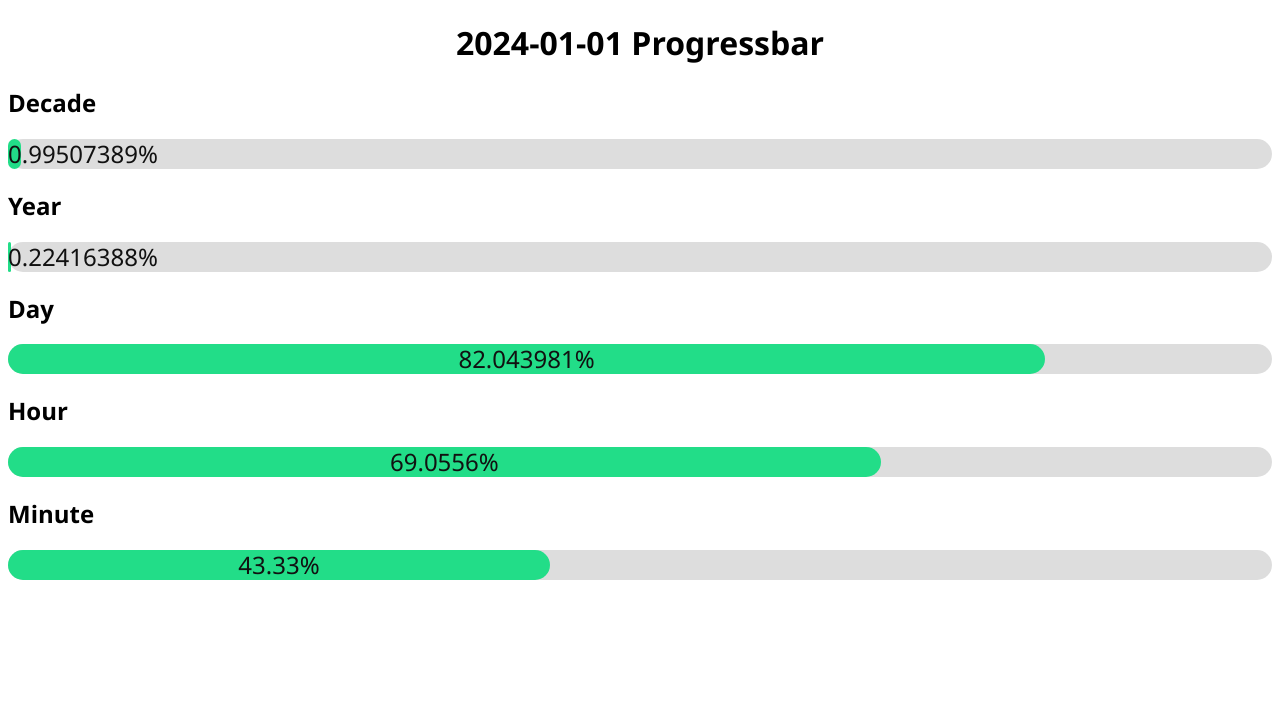
Repository: end888160/end888160.github.io
Page: progress_clock2.html
The author's editor kept a copy of each file at every save. The page is drawn from the files as they stood at one save, then again after the next save.
The browser window is 1280 px wide. The pictures show the whole page.

Above is the page before, as saved 2024-09-22 15:42:40.

### progress_clock2.html
<!DOCTYPE html>
<html>
<style>
	html {
		font-family: 'Segoe UI', Tahoma, Geneva, Verdana, sans-serif;
	}
.countDownProgress {
	width: 100%;
	background-color: #ddd;
	border-radius: 1cm;
}

.countDownBar {
	width: 10%;
	height: 30px;
	background-color: #2d8;
	text-align: center;
	line-height: 30px;
	color: #111;
	border-radius:1cm;
	font-size: x-large;
	transition:ease 0.33s;
	cursor: wait;
}
	@media (prefers-color-scheme: dark) {
		.countDownProgress {
			background-color: #333;
		}
		.countDownBar {
			background-color: #496;
			color: #ddd;

		}
		html {
			color: #ddd;
			background-color: #222;
		}
	}
	@media only screen and (orientation: portrait) {
		.countDownBar {
			height: 50px;
			font-size: xx-large;
			padding-top: 2%;
		}
	}

</style>
<body>

<h1 id="caption" style="text-align: center;"></h1>

<h2>Decade</h2>
<div id="decade" class="countDownProgress">
	<div id="Decade" class="countDownBar"></div>
</div>
<script>
	var i=0
function progress() {
	if (i == 0) {
		i = 1;
		var elem = document.getElementById("Decade");
		var width = 0;
		function frame() {
			var countDownTarget = Math.floor(new Date().getFullYear()/10+1)*10;
			var countDownPast = Math.floor(new Date().getFullYear()/10)*10;

			var empty = countDownPast;
			var full = countDownTarget;

			if (( empty / full ) >= 100) {
				clearInterval(id);
				i = 0;
			} else {
				elem.style.width = ( empty / full ).toFixed(8) + "%";
				elem.innerHTML = ( empty / full ).toFixed(8)  + "%";
			}
		}

	setInterval(frame, 50);
	}

}
function count() {
	progress();
	setTimeout(count, 1)
}
count()
</script>



<h2>Year</h2>
<div id="year" class="countDownProgress">
	<div id="Year" class="countDownBar"></div>
</div>
<script>
	var i=0
function progress() {
	if (i == 0) {
		i = 1;
		var elem = document.getElementById("Year");
		var width = 0;
		function frame() {
			var countDownTarget = new Date().getFullYear() + 1;
			var empty = ( new Date().getTime() - new Date("Jan 1, " + ( countDownTarget - 1) + " 00:00:00"))
			var full = ( new Date("Jan 1, " + countDownTarget + " 00:00:00").getTime() - new Date("Jan 1, " + ( countDownTarget - 1) + " 00:00:00"))/100

			if (( empty / full ) >= 100) {
				clearInterval(id);
				i = 0;
			} else {
				elem.style.width = ( empty / full ).toFixed(8) + "%";
				elem.innerHTML = ( empty / full ).toFixed(8)  + "%";
			}
		}

	setInterval(frame, 50);
	}

}
function count() {
	progress();
	setTimeout(count, 1)
}
count()
</script>


<h2>Day</h2>
<div id="day" class="countDownProgress">
	<div id="Day" class="countDownBar"></div>
</div>
<script>
	var i=0
function progress() {
	if (i == 0) {
		i = 1;
		var elem = document.getElementById("Day");
		var width = 0;
		function frame() {
			var today = new Date();
			var year = today.getFullYear();
			var months = today.getMonth() + 1;
			var days = today.getDate();
			var month = months < 10 ? "0" + months : months;
			var day = days < 10 ? "0" + days : days;


			var empty = (new Date().getHours() * 3600000 + new Date().getMinutes() * 60000 + new Date().getSeconds() * 1000 + new Date().getMilliseconds())
			var full = 864000

			if (( empty / full ) >= 100) {
				clearInterval(id);
				i = 0;
			} else {
				document.getElementById("caption").innerHTML = year + "-" + month + "-" + day + " Progressbar";
				elem.style.width = ( empty / full ).toFixed(6) + "%";
				elem.innerHTML = ( empty / full ).toFixed(6)  + "%";
			}
		}

	setInterval(frame, 50);
	}

}
function count() {
	progress();
	setTimeout(count, 1)
}
count()
</script>


<h2>Hour</h2>
<div id="hour" class="countDownProgress">
	<div id="Hour" class="countDownBar"></div>
</div>
<script>
	var i=0
function progress() {
	if (i == 0) {
		i = 1;
		var elem = document.getElementById("Hour");
		var width = 0;
		function frame() {
			var empty = ( new Date().getMinutes() * 60000 + new Date().getSeconds() * 1000 + new Date().getMilliseconds())
			var full = 36000

			if (( empty / full ) >= 100) {
				clearInterval(id);
				i = 0;
			} else {
				elem.style.width = ( empty / full ).toFixed(4) + "%";
				elem.innerHTML = ( empty / full ).toFixed(4)  + "%";
			}
		}

	setInterval(frame, 50);
	}

}
function count() {
	progress();
	setTimeout(count, 1)
}
count()
</script>

<h2>Minute</h2>
<div id="minute" class="countDownProgress">
	<div id="Minute" class="countDownBar"></div>
</div>
<script>
	var i=0
function progress() {
	if (i == 0) {
		i = 1;
		var elem = document.getElementById("Minute");
		var width = 0;
		function frame() {
			var empty = (new Date().getSeconds() * 1000 + new Date().getMilliseconds())
			var full = 600

			if (( empty / full ) >= 100) {
				clearInterval(id);
				i = 0;
			} else {
				elem.style.width = ( empty / full ).toFixed(2) + "%";
				elem.innerHTML = ( empty / full ).toFixed(2)  + "%";
			}
		}

	setInterval(frame, 50);
	}

}
function count() {
	progress();
	setTimeout(count, 1)
}
count()
</script>


</body>
</html>

After the next save:
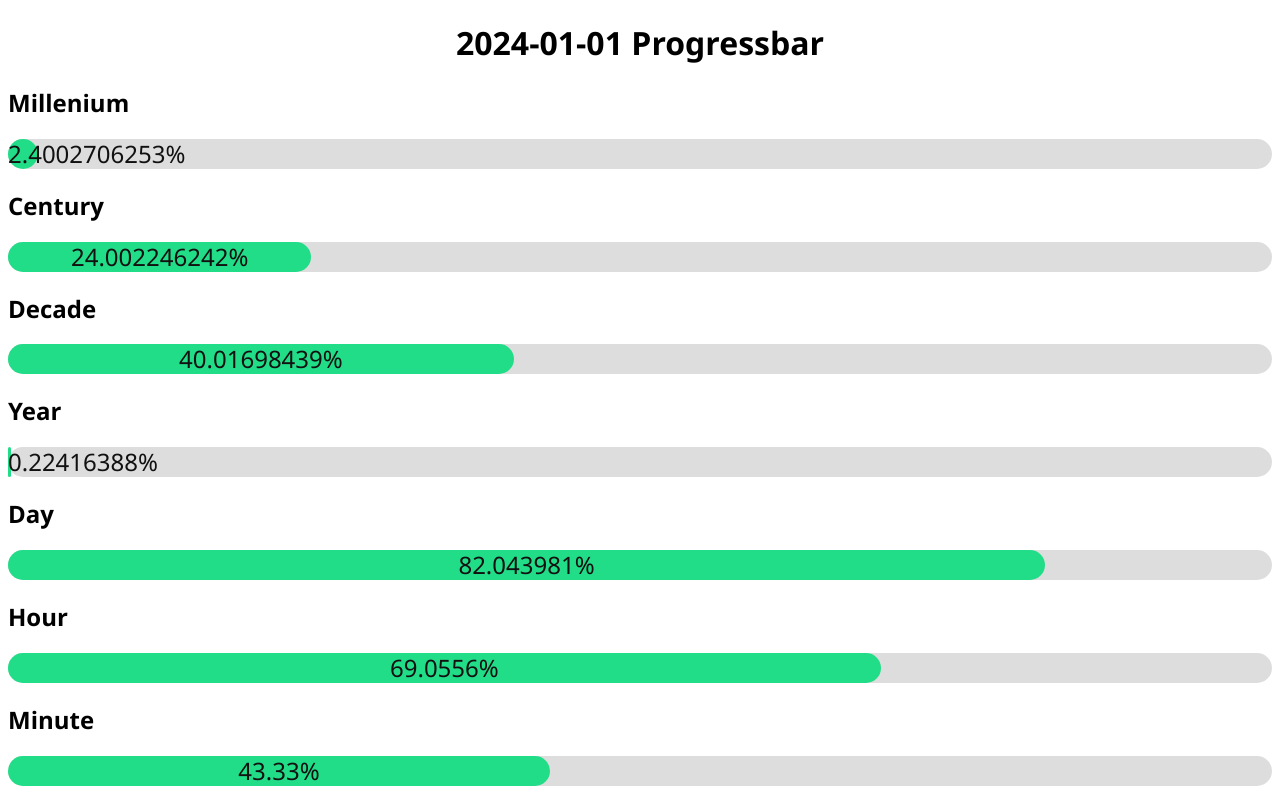
Saved 18 min 31 s later.
--- a/progress_clock2.html
+++ b/progress_clock2.html
@@ -49,6 +49,83 @@
 
 <h1 id="caption" style="text-align: center;"></h1>
 
+<h2>Millenium</h2>
+<div id="millenium" class="countDownProgress">
+	<div id="Millenium" class="countDownBar"></div>
+</div>
+<script>
+	var i=0
+function progress() {
+	if (i == 0) {
+		i = 1;
+		var elem = document.getElementById("Millenium");
+		var width = 0;
+		function frame() {
+			var countDownTarget = Math.floor(new Date().getFullYear()/1000+1)*1000;
+			var countDownPast = Math.floor(new Date().getFullYear()/1000)*1000	;
+
+			var empty = new Date().getTime() - new Date("Jan 1, " + countDownPast + " 00:00:00").getTime();
+			var full = new Date("Jan 1, " + countDownTarget + " 00:00:00").getTime() - new Date("Jan 1, " + countDownPast + " 00:00:00").getTime();
+
+			if (( empty / full ) >= 101) {
+				clearInterval(id);
+				i = 0;
+			} else {
+				elem.style.width = ( empty / full *100).toFixed(10) + "%";
+				elem.innerHTML = ( empty / full *100 ).toFixed(10)  + "%";
+			}
+		}
+
+	setInterval(frame, 50);
+	}
+
+}
+function count() {
+	progress();
+	setTimeout(count, 1)
+}
+count()
+</script>
+
+<h2>Century</h2>
+<div id="century" class="countDownProgress">
+	<div id="Century" class="countDownBar"></div>
+</div>
+<script>
+	var i=0
+function progress() {
+	if (i == 0) {
+		i = 1;
+		var elem = document.getElementById("Century");
+		var width = 0;
+		function frame() {
+			var countDownTarget = Math.floor(new Date().getFullYear()/100+1)*100;
+			var countDownPast = Math.floor(new Date().getFullYear()/100)*100	;
+
+			var empty = new Date().getTime() - new Date("Jan 1, " + countDownPast + " 00:00:00").getTime();
+			var full = new Date("Jan 1, " + countDownTarget + " 00:00:00").getTime() - new Date("Jan 1, " + countDownPast + " 00:00:00").getTime();
+
+			if (( empty / full ) >= 101) {
+				clearInterval(id);
+				i = 0;
+			} else {
+				elem.style.width = ( empty / full *100).toFixed(9) + "%";
+				elem.innerHTML = ( empty / full *100 ).toFixed(9)  + "%";
+			}
+		}
+
+	setInterval(frame, 50);
+	}
+
+}
+function count() {
+	progress();
+	setTimeout(count, 1)
+}
+count()
+</script>
+
+
 <h2>Decade</h2>
 <div id="decade" class="countDownProgress">
 	<div id="Decade" class="countDownBar"></div>
@@ -64,15 +141,15 @@ function progress() {
 			var countDownTarget = Math.floor(new Date().getFullYear()/10+1)*10;
 			var countDownPast = Math.floor(new Date().getFullYear()/10)*10;
 
-			var empty = countDownPast;
-			var full = countDownTarget;
-
-			if (( empty / full ) >= 100) {
-				clearInterval(id);
-				i = 0;
-			} else {
-				elem.style.width = ( empty / full ).toFixed(8) + "%";
-				elem.innerHTML = ( empty / full ).toFixed(8)  + "%";
+			var empty = new Date().getTime() - new Date("Jan 1, " + countDownPast + " 00:00:00").getTime();
+			var full = new Date("Jan 1, " + countDownTarget + " 00:00:00").getTime() - new Date("Jan 1, " + countDownPast + " 00:00:00").getTime();
+
+			if (( empty / full ) >= 101) {
+				clearInterval(id);
+				i = 0;
+			} else {
+				elem.style.width = ( empty / full *100).toFixed(8) + "%";
+				elem.innerHTML = ( empty / full *100 ).toFixed(8)  + "%";
 			}
 		}
 
